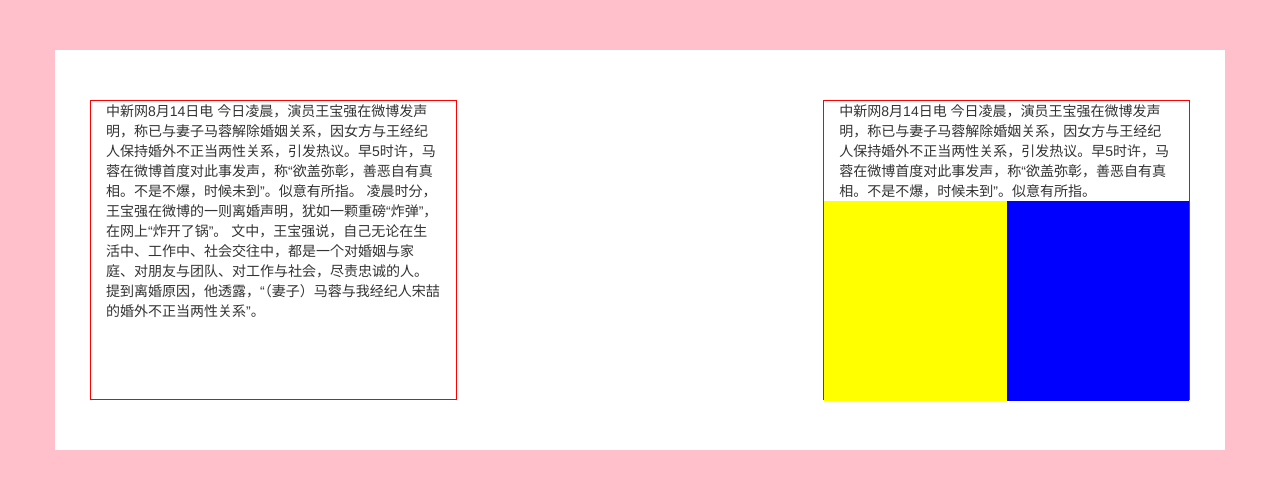
Repository: linkosong/mine
Page: workspaces/activity/src/main/webapp/WEB-INF/index.html
These files come from the project's save history. The page is drawn as it stood at one moment and after the next save; the edit follows.
The browser window is 1280 px wide. The pictures show the whole page.

Above is the page before, as saved 2016-11-15 10:38:00.

### workspaces/activity/src/main/webapp/WEB-INF/index.html
<!DOCTYPE HTML>
<html>
	<head>
		<meta http-equiv="X-UA-Compatible" content="IE=edge"><!--  IE浏览器9.0全都支持 ，的核心配置意思是与bootstrap交融，正常使用  -->
		<meta name="viewport" charset="utf-8"  content="device=device-width,initoal-scale=1"><!--  合适图框的大小，缩放的比例 ，支持pc端，移动端     -->
		<title>Bootstrap基础入门</title>
		<link rel="stylesheet" href="bootstrap/css/bootstrap.min.css" type="text/css"></link>
		<script type="text/javascript" src="bootstrap/js/jquery-3.1.1.min.js"></script>
		<script type="text/javascript" src="bootstrap/js/bootstrap.min.js"></script>
	</head>

	<body style="padding: 50px; background-color: pink">
		<div class="container" style="padding: 50px; background-color: #fff"> <!-- container : 表示的是文字或内容到边框的自动调整       -->

			<div class="row">
				<div class="col-md-4 " style="border:1px solid red;height:300px"> <!--  col-md-* :表示的是所适应的屏幕
				                                                                        col-后跟sm用于手机端， xs用于平板 ， md用于电脑 ，lg用于大屏幕
				                                                                                                                                                                                                                        默认的是一行十二列
				                                                                     -->

					中新网8月14日电
					今日凌晨，演员王宝强在微博发声明，称已与妻子马蓉解除婚姻关系，因女方与王经纪人保持婚外不正当两性关系，引发热议。早5时许，马蓉在微博首度对此事发声，称“欲盖弥彰，善恶自有真相。不是不爆，时候未到”。似意有所指。
					凌晨时分，王宝强在微博的一则离婚声明，犹如一颗重磅“炸弹”，在网上“炸开了锅”。
					文中，王宝强说，自己无论在生活中、工作中、社会交往中，都是一个对婚姻与家庭、对朋友与团队、对工作与社会，尽责忠诚的人。提到离婚原因，他透露，“（妻子）马蓉与我经纪人宋喆的婚外不正当两性关系”。
				</div>
				<!-- col-md-offset-4  向右偏移4个栅     页面一共12个栅-->
				<div class="col-md-4 col-md-offset-4" style="border:1px solid red;height:300px">
					中新网8月14日电
					今日凌晨，演员王宝强在微博发声明，称已与妻子马蓉解除婚姻关系，因女方与王经纪人保持婚外不正当两性关系，引发热议。早5时许，马蓉在微博首度对此事发声，称“欲盖弥彰，善恶自有真相。不是不爆，时候未到”。似意有所指。
<!-- 				嵌套栅格系统  一个新的栅格布局-->
					<div class="row">
						<div class="col-md-6" style="height:200px;background-color:yellow;"></div>
						<div class="col-md-6"  style="height:200px;background-color:blue;"></div>
					</div>
				</div>

		</div>
	</div>
	</body>
</html>

Loaded but not shown: workspaces/activity/src/main/webapp/bootstrap/css/bootstrap.min.css (library); workspaces/activity/src/main/webapp/bootstrap/js/jquery-3.1.1.min.js (library); workspaces/activity/src/main/webapp/bootstrap/js/bootstrap.min.js (library)

After the next save:
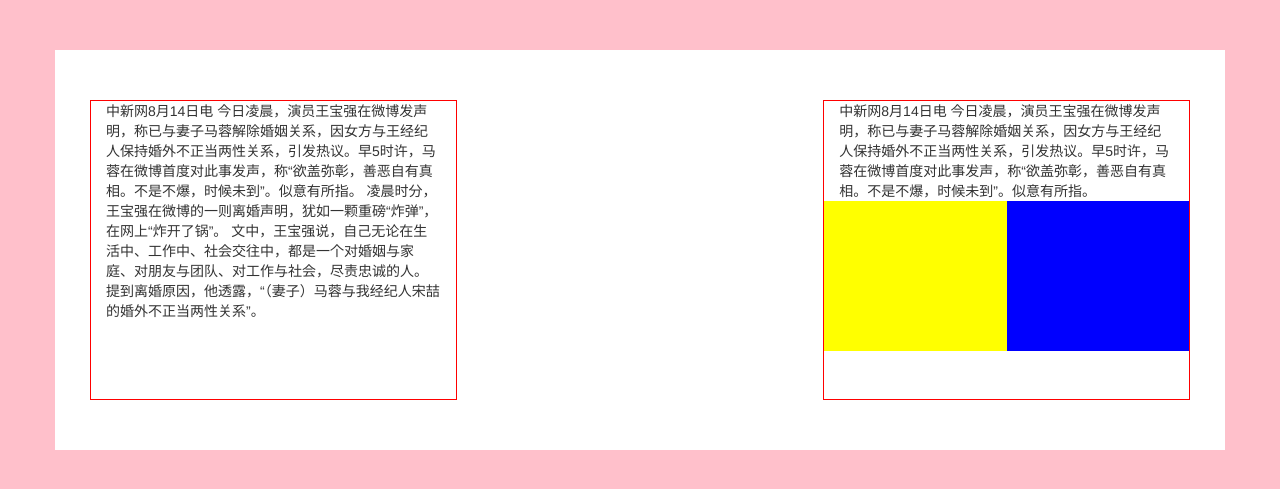
Saved 26 s later.
--- a/workspaces/activity/src/main/webapp/WEB-INF/index.html
+++ b/workspaces/activity/src/main/webapp/WEB-INF/index.html
@@ -29,8 +29,8 @@
 					今日凌晨，演员王宝强在微博发声明，称已与妻子马蓉解除婚姻关系，因女方与王经纪人保持婚外不正当两性关系，引发热议。早5时许，马蓉在微博首度对此事发声，称“欲盖弥彰，善恶自有真相。不是不爆，时候未到”。似意有所指。
 <!-- 				嵌套栅格系统  一个新的栅格布局-->
 					<div class="row">
-						<div class="col-md-6" style="height:200px;background-color:yellow;"></div>
-						<div class="col-md-6"  style="height:200px;background-color:blue;"></div>
+						<div class="col-md-6" style="height:150px;background-color:yellow;"></div>
+						<div class="col-md-6"  style="height:150px;background-color:blue;"></div>
 					</div>
 				</div>
 
